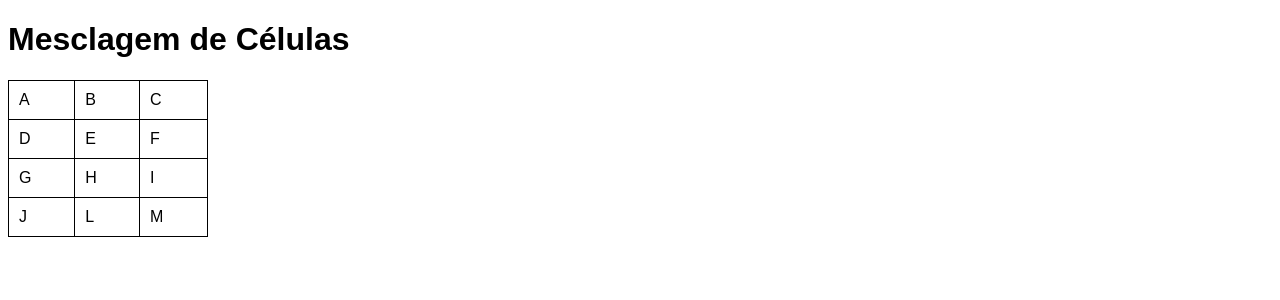
Repository: ClaytonEduard/cursoemvideo
Page: html-css/ex023/tabela003.html
The author's editor kept a copy of each file at every save. The page is drawn from the files as they stood at one save, then again after a run of saves.
The browser window is 1280 px wide. The pictures show the whole page.

Above is the page before, as saved 2022-12-08 16:47:03.

### html-css/ex023/tabela003.html
<!DOCTYPE html>
<html lang="pt-br">

<head>
    <meta charset="UTF-8">
    <meta http-equiv="X-UA-Compatible" content="IE=edge">
    <meta name="viewport" content="width=device-width, initial-scale=1.0">
    <title>Tabelas</title>
    <style>
        body{
            font-family: Arial, Helvetica, sans-serif;

        }
        table{
            border-collapse:collapse;
            width: 200px;
        }
        td{
            border: 1px solid black;
            padding: 10px;
            tes
        }
    </style>
</head>

<body>
    <h1>Mesclagem de Células</h1>
    <table>
        <tr>
            <td>A</td>
            <td>B</td>
            <td>C</td>
        </tr>
        <tr>
            <td>D</td>
            <td>E</td>
            <td>F</td>
        </tr>
        <tr>
            <td>G</td>
            <td>H</td>
            <td>I</td>
        </tr>
        <tr>
            <td>J</td>
            <td>L</td>
            <td>M</td>
        </tr>
    </table>
</body>

</html>

After the next 2 saves:
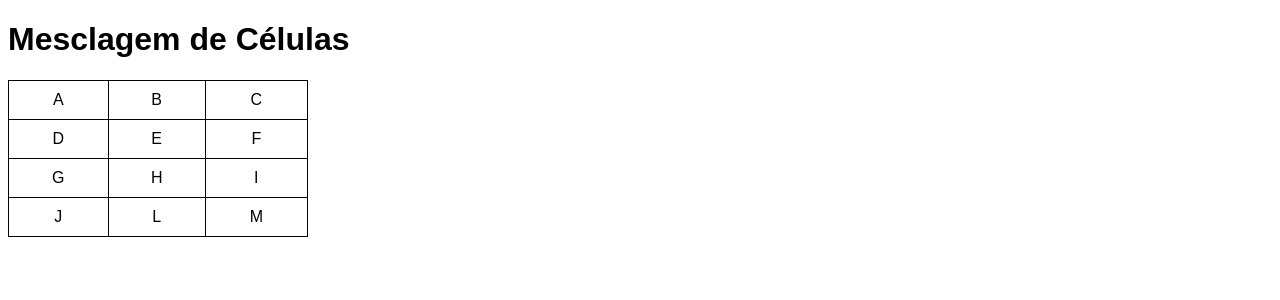
The 2 saves are shown as one change because they came seconds apart.
The last was saved 9 s later.
--- a/html-css/ex023/tabela003.html
+++ b/html-css/ex023/tabela003.html
@@ -13,12 +13,12 @@
         }
         table{
             border-collapse:collapse;
-            width: 200px;
+            width: 300px;
         }
         td{
             border: 1px solid black;
             padding: 10px;
-            tes
+            text-align: center;
         }
     </style>
 </head>
